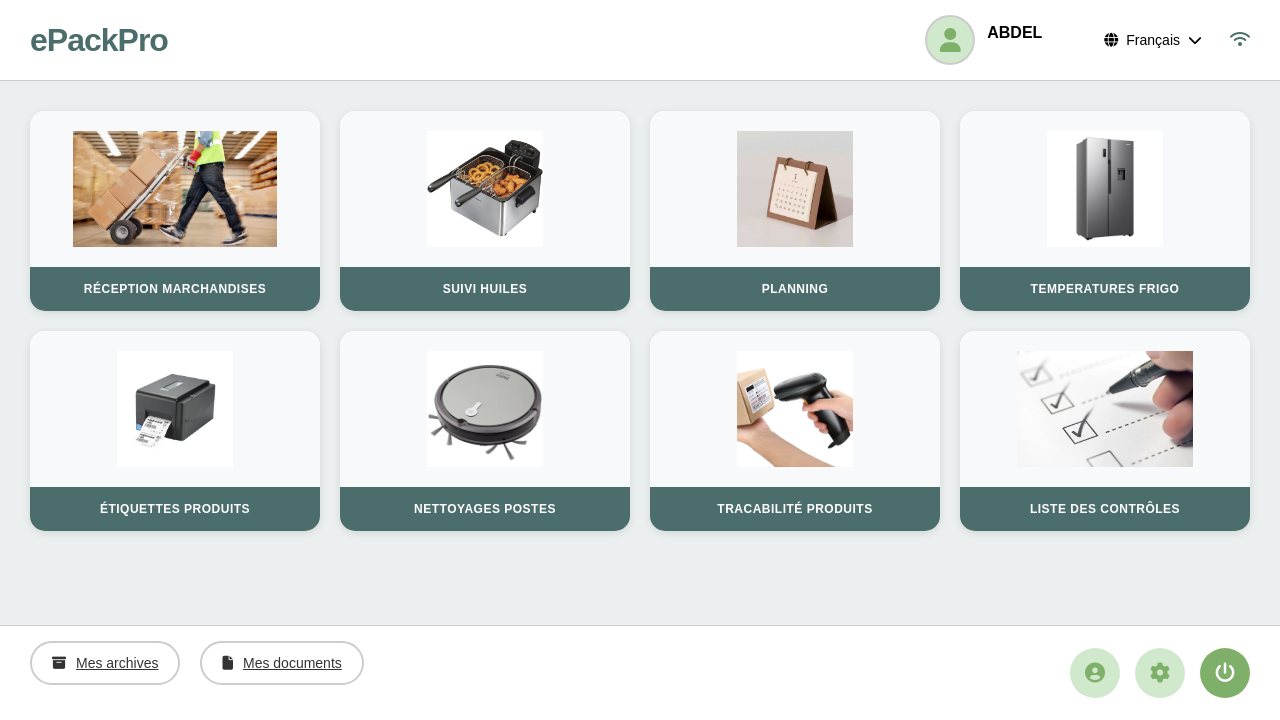
Repository: koko11-11/ePackPro
Page: css/dashboard.html
These files come from the project's save history. The page is drawn as it stood at one moment and after the next save; the edit follows.
The browser window is 1280 px wide. The pictures show the whole page.
An inner scrolling area shows only its first screen.

Above is the page before, as saved 2025-09-16 04:38:51.

### css/dashboard.html
<!DOCTYPE html>
<html lang="fr">
<head>
    <meta charset="UTF-8">
    <meta name="viewport" content="width=device-width, initial-scale=1.0">

    <title>ePackPro - Tableau de bord</title>
        <link rel="stylesheet" href="https://cdnjs.cloudflare.com/ajax/libs/font-awesome/6.4.0/css/all.min.css">
   <link rel="stylesheet" href="styledash.css">

</head>
<body>
    <div class="dashboard-container">
        <!-- Header -->
        <header class="dashboard-header">
            <div class="dashboard-logo">ePackPro</div>

            <div class="user-section">
                <div class="user-info">
                    <div class="user-avatar">
                        <i class="fas fa-user"></i>
                    </div>
                    <div class="user-details">
                        <div class="user-name">ABDEL</div>
                        <div class="user-status">Se déconnecter</div>
                    </div>
                </div>

                <div class="header-controls">
                    <!-- Language Selector -->
                    <div class="language-selector">
                        <button class="language-button" id="languageButton">
                            <i class="fas fa-globe"></i>
                            <span>Français</span>
                            <i class="fas fa-chevron-down"></i>
                        </button>
                        <div class="language-dropdown" id="languageDropdown">
                            <div class="language-option" data-lang="fr">
                                <div class="language-flag fr-flag"></div>
                                <span>Français</span>
                            </div>
                            <div class="language-option" data-lang="ar">
                                <div class="language-flag ar-flag"></div>
                                <span>العربية</span>
                            </div>
                            <div class="language-option" data-lang="en">
                                <div class="language-flag en-flag"></div>
                                <span>English</span>
                            </div>
                        </div>
                    </div>

                    <div class="wifi-icon">
                        <i class="fas fa-wifi"></i>
                    </div>
                </div>
            </div>
        </header>


        <!-- Main Content -->
        <main class="dashboard-main">
            <div class="modules-grid">
                <!-- Module 1 -->
                <div class="module-card">
                   <div class="module-icon">
    <img src="../assets/1.jpg" alt="Réception Marchandises">
  </div>
                    <div class="module-footer">
                        <div class="module-title">RÉCEPTION MARCHANDISES</div>
                    </div>
                </div>

                <!-- Module 2 -->
                <div class="module-card">
                    <div class="module-icon">
                     <img src="../assets/2.jpg" alt="Réception Marchandises">
                    </div>
                    <div class="module-footer">
                        <div class="module-title">SUIVI HUILES</div>
                    </div>
                </div>

                <!-- Module 3 -->
                <div class="module-card">
                    <div class="module-icon">
                     <img src="../assets/5.jpg" alt="Réception Marchandises">
                    </div>
                    <div class="module-footer">
                        <div class="module-title">PLANNING</div>
                    </div>
                </div>

                <!-- Module 4 -->
                <div class="module-card">
                    <div class="module-icon">
               <img src="../assets/8.jpg" alt="Réception Marchandises">
                    </div>
                    <div class="module-footer">
                        <div class="module-title">TEMPERATURES FRIGO</div>
                    </div>
                </div>

                <!-- Module 5 -->
                <div class="module-card">
                    <div class="module-icon">
                    <img src="../assets/7.jpg" alt="Réception Marchandises">
                    </div>
                    <div class="module-footer">
                        <div class="module-title">ÉTIQUETTES PRODUITS</div>
                    </div>
                </div>

                <!-- Module 6 -->
                <div class="module-card">
                    <div class="module-icon">
                    <img src="../assets/4.jpg" alt="Réception Marchandises">
                    </div>
                    <div class="module-footer">
                        <div class="module-title">NETTOYAGES POSTES</div>
                    </div>
                </div>

                <!-- Module 7 -->
                <div class="module-card">
                    <div class="module-icon">
                     <img src="../assets/3.jpg" alt="Réception Marchandises">
                    </div>
                    <div class="module-footer">
                        <div class="module-title">TRACABILITÉ PRODUITS</div>
                    </div>
                </div>

                <!-- Module 8 -->
                <div class="module-card">
                    <div class="module-icon">
                  <img src="../assets/6.jpg" alt="Réception Marchandises">
                    </div>
                    <div class="module-footer">
                        <div class="module-title">LISTE DES CONTRÔLES</div>
                    </div>
                </div>
            </div>


        </main>

        <!-- Footer -->
        <footer class="dashboard-footer">
         <div class="bottom-actions">
                  <a href="../project/archive/archives.html" class="action-btn">

                      <div class="user-icon"><i class="fas fa-archive"></i></div>
                    <span class="btn-text">Mes archives</span>
                  </a>

              <a href="../project/archive/archives.html" class="action-btn">
              <div class="user-icon"><i class="fas fa-file"></i></div>
               <span class="btn-text">Mes documents</span>
              </a>

            </div>

            <div class="footer-buttons">
                <button class="footer-btn user-btn">
                    <!-- Image placeholder -->
                          <div class="user-icon"  onclick="window.location.href='user-management.html'"><i class="fas fa-user-circle"></i></div>

                </button>
               <div class="footer-buttons">
                 <div class="user-card" onclick="openPasswordModal()">
                    <button class="footer-btn settings-btn"><i class="fas fa-cog"></i></button>
             </div>
                <button class="footer-btn power-btn">
                    <!-- Image placeholder -->
                         <span class="star-icon"><i class="fas fa-power-off"></i></span>
                </button>
            </div>
        </footer>
    </div>

         <!-- Password Modal -->
    <div id="passwordModal" class="modal-overlay">
        <div class="modal">
            <div class="modal-header">
                <h3 class="modal-title">Mot de passe</h3>
                <button class="close-btn" onclick="closePasswordModal()">×</button>
            </div>

            <div class="modal-body">
                <div class="password-display">
                    <div class="password-dots" id="passwordDots"></div>
                </div>

                <div class="keypad-buttons">
                    <button class="keypad-btn clear-btn" onclick="clearPassword()">C</button>
                    <button class="keypad-btn del-btn" onclick="deleteLastDigit()"><i class="fas fa-backspace"></i></button>
                </div>

                <div class="keypad">
                    <button class="keypad-btn number-btn" onclick="addDigit('1')">1</button>
                    <button class="keypad-btn number-btn" onclick="addDigit('2')">2</button>
                    <button class="keypad-btn number-btn" onclick="addDigit('3')">3</button>

                    <button class="keypad-btn number-btn" onclick="addDigit('4')">4</button>
                    <button class="keypad-btn number-btn" onclick="addDigit('5')">5</button>
                    <button class="keypad-btn number-btn" onclick="addDigit('6')">6</button>

                    <button class="keypad-btn number-btn" onclick="addDigit('7')">7</button>
                    <button class="keypad-btn number-btn" onclick="addDigit('8')">8</button>
                    <button class="keypad-btn number-btn" onclick="addDigit('9')">9</button>

                    <button class="keypad-btn special-btn"><i class="fas fa-cog"></i></button>
                    <button class="keypad-btn number-btn" onclick="addDigit('0')">0</button>
                    <button class="keypad-btn special-btn"><i class="fas fa-arrow-left"></i></button>
                </div>

                <div class="modal-actions">
                    <button class="action-btn cancel-btn" onclick="closePasswordModal()">
                        <span class="btn-icon">×</span>
                        <span>Annuler</span>
                    </button>
                    <button class="action-btn validate-btn" onclick="validatePassword()">
                        <span class="btn-icon">✓</span>
                        <span>Valider</span>
                    </button>
                </div>
            </div>
        </div>
    </div>
    <script>
        let currentPassword = '123456';

        function openPasswordModal() {
            document.getElementById('passwordModal').style.display = 'flex';
            currentPassword = '';
            updatePasswordDisplay();
        }

        function closePasswordModal() {
            document.getElementById('passwordModal').style.display = 'none';
            currentPassword = '';
            updatePasswordDisplay();
        }

        function addDigit(digit) {
            if (currentPassword.length < 6) {
                currentPassword += digit;
                updatePasswordDisplay();
            }
        }

        function deleteLastDigit() {
            currentPassword = currentPassword.slice(0, -1);
            updatePasswordDisplay();
        }

        function clearPassword() {
            currentPassword = '';
            updatePasswordDisplay();
        }

        function updatePasswordDisplay() {
            const dots = document.getElementById('passwordDots');
            dots.innerHTML = '';
            for (let i = 0; i < currentPassword.length; i++) {
                dots.innerHTML += '<span class="dot">●</span>';
            }
        }

        function validatePassword() {
            if (currentPassword.length > 0) {

                if (currentPassword === "123456") {
                    window.location.href = "../project/setting/gestion.html";
                } else {
                    alert('Mot de passe incorrect');
                    clearPassword();
                }
            } else {
                alert('Veuillez saisir un mot de passe');
            }
        }


        document.getElementById('passwordModal').addEventListener('click', function(e) {
            if (e.target === this) {
                closePasswordModal();
            }
        });

          document.addEventListener('DOMContentLoaded', function() {
            const languageButton = document.getElementById('languageButton');
            const languageDropdown = document.getElementById('languageDropdown');
            const languageOptions = document.querySelectorAll('.language-option');


            languageButton.addEventListener('click', function(e) {
                e.stopPropagation();
                languageDropdown.classList.toggle('show');
            });


            document.addEventListener('click', function() {
                languageDropdown.classList.remove('show');
            });

            languageDropdown.addEventListener('click', function(e) {
                e.stopPropagation();
            });

            languageOptions.forEach(option => {
                option.addEventListener('click', function() {
                    const lang = this.getAttribute('data-lang');
                    changeLanguage(lang);
                    languageDropdown.classList.remove('show');
                });
            });


            function changeLanguage(lang) {

                console.log('Changing language to:', lang);


                const languageText = languageOptions
                    .find(opt => opt.getAttribute('data-lang') === lang)
                    .querySelector('span').textContent;

                languageButton.querySelector('span').textContent = languageText;
            }
        });
    </script>
</body>
</html>

Loaded but not shown: css/styledash.css (551 lines, source omitted)

After the next save:
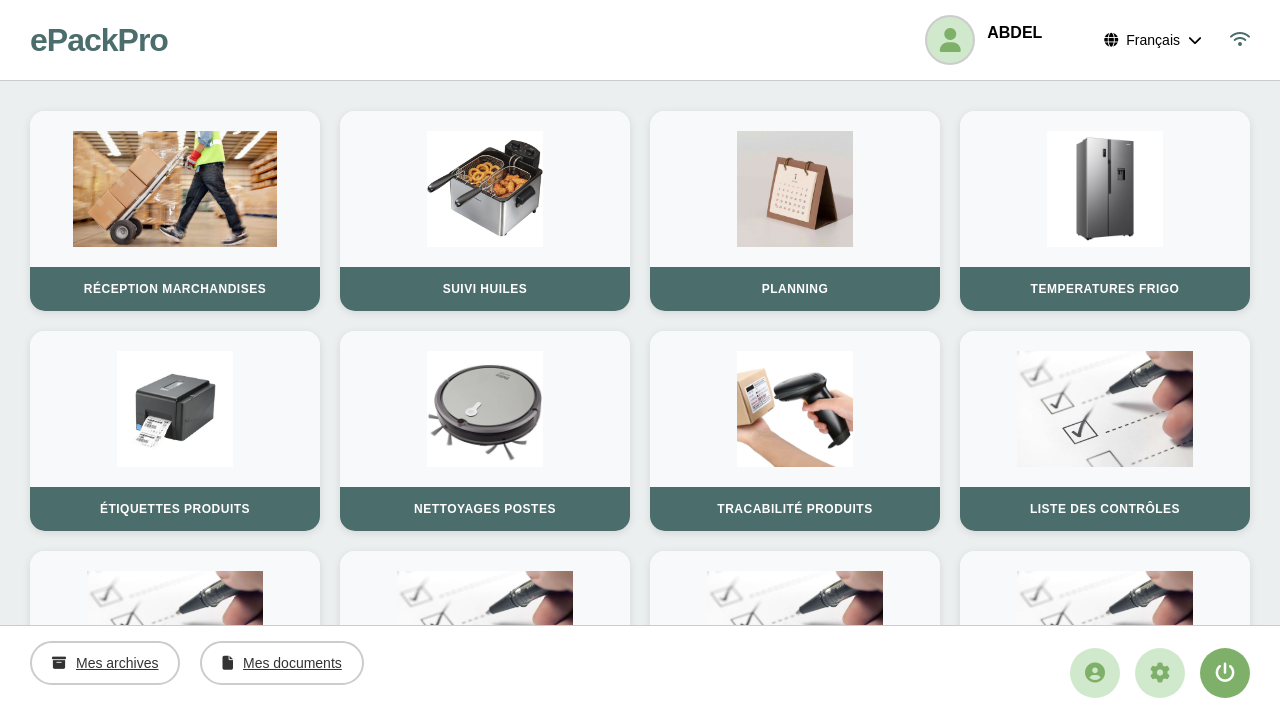
Saved 7 min 4 s later.
--- a/css/dashboard.html
+++ b/css/dashboard.html
@@ -57,12 +57,11 @@
             </div>
         </header>
 
-
         <!-- Main Content -->
         <main class="dashboard-main">
             <div class="modules-grid">
                 <!-- Module 1 -->
-                <div class="module-card">
+                <div class="module-card" onclick="window.location.href='../project/main/reception.html'">
                    <div class="module-icon">
     <img src="../assets/1.jpg" alt="Réception Marchandises">
   </div>
@@ -72,7 +71,7 @@
                 </div>
 
                 <!-- Module 2 -->
-                <div class="module-card">
+               <div class="module-card" onclick="window.location.href='../project/main/suiviHuiles.html'">
                     <div class="module-icon">
                      <img src="../assets/2.jpg" alt="Réception Marchandises">
                     </div>
@@ -82,7 +81,7 @@
                 </div>
 
                 <!-- Module 3 -->
-                <div class="module-card">
+              <div class="module-card" onclick="window.location.href='../project/main/planning.html'">
                     <div class="module-icon">
                      <img src="../assets/5.jpg" alt="Réception Marchandises">
                     </div>
@@ -92,7 +91,7 @@
                 </div>
 
                 <!-- Module 4 -->
-                <div class="module-card">
+                <div class="module-card" onclick="window.location.href='../project/main/temperatures.html'">
                     <div class="module-icon">
                <img src="../assets/8.jpg" alt="Réception Marchandises">
                     </div>
@@ -102,7 +101,7 @@
                 </div>
 
                 <!-- Module 5 -->
-                <div class="module-card">
+              <div class="module-card" onclick="window.location.href='../project/main/etiquettes.html'">
                     <div class="module-icon">
                     <img src="../assets/7.jpg" alt="Réception Marchandises">
                     </div>
@@ -112,7 +111,7 @@
                 </div>
 
                 <!-- Module 6 -->
-                <div class="module-card">
+              <div class="module-card" onclick="window.location.href='../project/main/nettoyage.html'">
                     <div class="module-icon">
                     <img src="../assets/4.jpg" alt="Réception Marchandises">
                     </div>
@@ -122,7 +121,7 @@
                 </div>
 
                 <!-- Module 7 -->
-                <div class="module-card">
+               <div class="module-card" onclick="window.location.href='../project/main/tracabilite.html'">
                     <div class="module-icon">
                      <img src="../assets/3.jpg" alt="Réception Marchandises">
                     </div>
@@ -132,12 +131,50 @@
                 </div>
 
                 <!-- Module 8 -->
-                <div class="module-card">
-                    <div class="module-icon">
-                  <img src="../assets/6.jpg" alt="Réception Marchandises">
-                    </div>
-                    <div class="module-footer">
+                <div class="module-card" onclick="window.location.href='../project/main/listes.html'">
+                    <div class="module-icon">
+                  <img src="../assets/6.jpg" alt="Réception Marchandises">
+                    </div>
+                    <div class="module-footer">
+
                         <div class="module-title">LISTE DES CONTRÔLES</div>
+                    </div>
+                </div>
+                 <div class="module-card" onclick="window.location.href='../project/main/temperatureCalm.html'">
+                    <div class="module-icon">
+                  <img src="../assets/6.jpg" alt="Réception Marchandises">
+                    </div>
+                    <div class="module-footer">
+
+                        <div class="module-title">TEMPERATURES DU CALM</div>
+                    </div>
+                </div>
+                 <div class="module-card" onclick="window.location.href=''">
+                    <div class="module-icon">
+                  <img src="../assets/6.jpg" alt="Réception Marchandises">
+                    </div>
+                    <div class="module-footer">
+
+                        <div class="module-title">MODULE COMMAND</div>
+                    </div>
+                </div>
+
+                 <div class="module-card" onclick="window.location.href=''">
+                    <div class="module-icon">
+                  <img src="../assets/6.jpg" alt="Réception Marchandises">
+                    </div>
+                    <div class="module-footer">
+
+                        <div class="module-title">MODULE INVENTAIRE</div>
+                    </div>
+                </div>
+                 <div class="module-card" onclick="window.location.href=''">
+                    <div class="module-icon">
+                  <img src="../assets/6.jpg" alt="Réception Marchandises">
+                    </div>
+                    <div class="module-footer">
+
+                        <div class="module-title">MODULE PERTE</div>
                     </div>
                 </div>
             </div>
